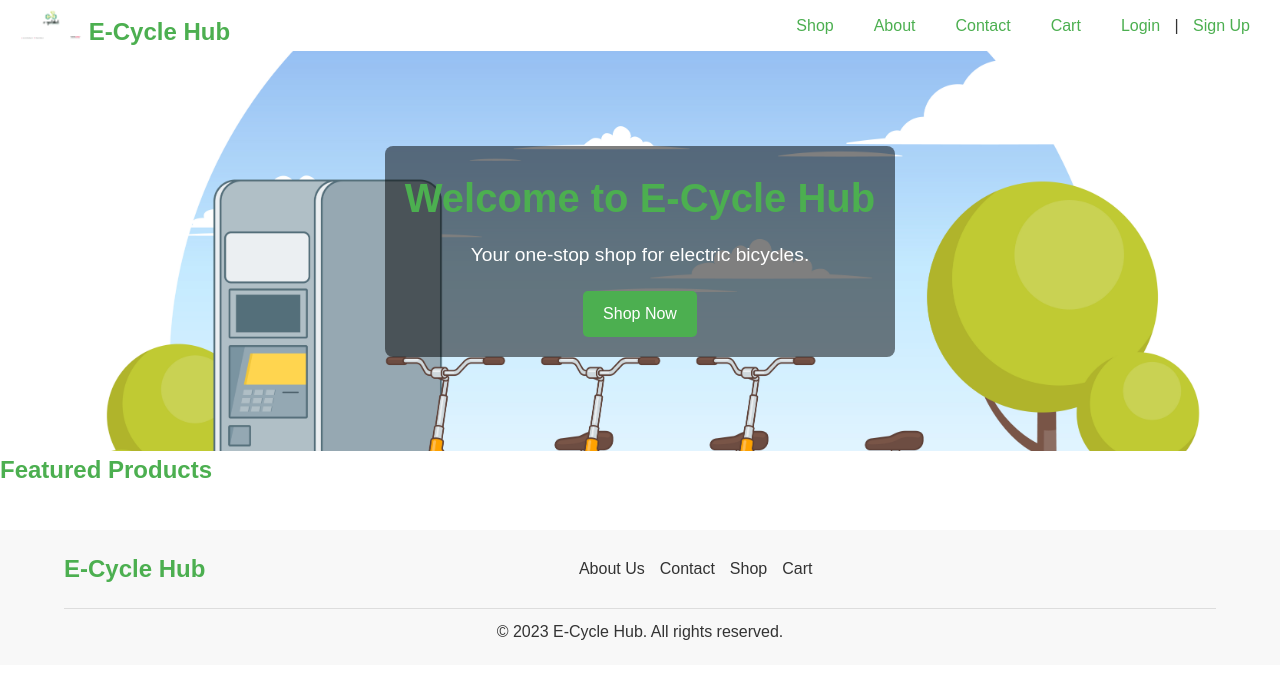
Repository: Rutuja-g/E-Cycle-Hub
Page: public/index.html
The author's editor kept a copy of each file at every save. The page is drawn from the files as they stood at one save, then again after the next save.
The browser window is 1280 px wide. The pictures show the whole page.

Above is the page before, as saved 2025-10-23 18:01:50.
Console error: SyntaxError: Invalid or unexpected token

### public/index.html
<!DOCTYPE html>
<html lang="en">
  <head>
    <meta charset="UTF-8" />
    <meta name="viewport" content="width=device-width, initial-scale=1.0" />
    <title>E-Cycle Hub</title>
    <link rel="icon" href="favicon.ico" type="image/x-icon" />
    <link rel="stylesheet" href="css/reset.css" />
    <link rel="stylesheet" href="css/variables.css" />
    <link rel="stylesheet" href="css/main.css" />
  </head>
  <body>
    <header>
      <nav>
        <div class="logo">
          <a href="index.html">
            <img
              src="assets/images/logo.jpg"
              alt="E-Cycle Hub Logo"
              style="height: 40px"
              onerror="this.style.display='none';"
            />
            E-Cycle Hub
          </a>
        </div>
        <ul class="nav-links">
          <li><a href="shop.html">Shop</a></li>
          <li><a href="about.html">About</a></li>
          <li><a href="contact.html">Contact</a></li>
          <li><a href="cart.html">Cart</a></li>
          <li id="user-info" style="display: none">
            <span id="user-name"></span> | <a href="#" id="logout">Logout</a>
          </li>
          <li id="auth-links">
            <a href="login.html">Login</a> | <a href="signup.html">Sign Up</a>
          </li>
        </ul>
      </nav>
    </header>

    <main>
      <section class="hero">
        <img
          src="assets/images/banner.jpg"
          alt="E-Cycle Hub Banner"
          class="hero-banner"
        />
        <div class="hero-content">
          <h1>Welcome to E-Cycle Hub</h1>
          <p>Your one-stop shop for electric bicycles.</p>
          <a href="shop.html" class="btn">Shop Now</a>
        </div>
      </section>

      <section class="featured-products">
        <h2>Featured Products</h2>
        <div class="grid--featured"></div>
      </section>
    </main>

    <footer>
      <div class="footer">
        <div class="container">
          <div class="footer-content">
            <div class="footer-logo">
              <h2>E-Cycle Hub</h2>
            </div>
            <div class="footer-links">
              <ul>
                <li><a href="about.html">About Us</a></li>
                <li><a href="contact.html">Contact</a></li>
                <li><a href="shop.html">Shop</a></li>
                <li><a href="cart.html">Cart</a></li>
              </ul>
            </div>
            <div class="footer-social">
              <a href="#" aria-label="Facebook"
                ><i class="fab fa-facebook-f"></i
              ></a>
              <a href="#" aria-label="Twitter"
                ><i class="fab fa-twitter"></i
              ></a>
              <a href="#" aria-label="Instagram"
                ><i class="fab fa-instagram"></i
              ></a>
            </div>
          </div>
          <div class="footer-bottom">
            <p>&copy; 2023 E-Cycle Hub. All rights reserved.</p>
          </div>
        </div>
      </div>
    </footer>

    <script src="js/main.js"></script>
    <script src="js/auth.js"></script>
  </body>
</html>

### public/css/reset.css
html
/* CSS Reset */
* {
    margin: 0;
    padding: 0;
    box-sizing: border-box;
}

html, body {
    height: 100%;
    font-family: Arial, sans-serif;
}

img {
    max-width: 100%;
    height: auto;
}

a {
    text-decoration: none;
    color: inherit;
}

ul {
    list-style: none;
}

button {
    cursor: pointer;
}

### public/css/variables.css
:root {
    --primary-color: #4CAF50; /* Green */
    --secondary-color: #FF5722; /* Deep Orange */
    --background-color: #F5F5F5; /* Light Grey */
    --text-color: #333; /* Dark Text */
    --font-family: 'Arial', sans-serif; /* Default Font */
    --font-size-base: 16px; /* Base Font Size */
    --font-size-large: 1.25rem; /* Large Font Size */
    --font-size-small: 0.875rem; /* Small Font Size */
    --border-radius: 5px; /* Border Radius for Buttons */
    --box-shadow: 0 2px 5px rgba(0, 0, 0, 0.1); /* Box Shadow */
}

### public/css/main.css
/* Main styles for E-Cycle Hub */

/* Reset some default styles */
body {
  margin: 0;
  font-family: var(--font-family, Arial, sans-serif);
  line-height: 1.6;
  color: var(--text-color, #333);
}

h1,
h2,
h3,
h4,
h5,
h6 {
  margin: 0;
  color: var(--primary-color, #4caf50);
}

a {
  text-decoration: none;
  color: var(--link-color, #4caf50);
  transition: color 0.3s ease;
}

a:hover {
  color: var(--link-hover-color, #388e3c);
}

/* Layout styles */
.container {
  width: 90%;
  max-width: 1200px;
  margin: auto;
}

/* Navbar styles */
nav {
  display: flex;
  justify-content: space-between;
  align-items: center;
  padding: 0 20px;
}

.logo a {
  font-size: 1.5em;
  font-weight: bold;
}

.nav-links {
  list-style: none;
  display: flex;
  gap: 20px;
}

.nav-links li a {
  padding: 10px;
  transition: background 0.3s;
}

.nav-links li a:hover {
  background: rgba(76, 175, 80, 0.1);
  border-radius: 5px;
}

.header,
.footer {
  background: var(--header-footer-bg, #f8f8f8);
  padding: 20px 0;
}

.header {
  position: sticky;
  top: 0;
  z-index: 1000;
}

.main-content {
  padding: 20px 0;
}

/* Hero section styles */
.hero {
  position: relative;
  display: flex;
  align-items: center;
  justify-content: center;
  min-height: 400px;
  overflow: hidden;
}

.hero-banner {
  position: absolute;
  top: 0;
  left: 0;
  width: 100%;
  height: 100%;
  object-fit: cover;
  z-index: -1;
}

.hero-content {
  text-align: center;
  color: white;
  background: rgba(0, 0, 0, 0.5);
  padding: 20px;
  border-radius: 8px;
}

.hero h1 {
  font-size: 2.5em;
  margin-bottom: 10px;
}

.hero p {
  font-size: 1.2em;
  margin-bottom: 20px;
}

.btn {
  display: inline-block;
  padding: 10px 20px;
  background: var(--primary-color, #4caf50);
  color: white;
  border-radius: 5px;
  transition: background 0.3s ease, transform 0.2s ease;
}

.btn:hover {
  background: var(--hover-color, #388e3c);
  transform: translateY(-2px);
}

/* Responsive styles */
@media (max-width: 768px) {
  .container {
    width: 95%;
  }

  .header,
  .footer {
    padding: 15px 0;
  }

  .hero {
    min-height: 300px;
  }

  .hero h1 {
    font-size: 2em;
  }

  .hero p {
    font-size: 1em;
  }
}

@media (max-width: 480px) {
  .hero {
    flex-direction: column;
    text-align: center;
  }

  .hero-content {
    padding: 15px;
  }

  .hero h1 {
    font-size: 1.8em;
  }

  .hero p {
    font-size: 0.9em;
  }

  /* Navbar responsive */
  .nav-links {
    display: none;
  }

  /* Footer responsive */
  .footer-content {
    flex-direction: column;
    text-align: center;
  }

  .footer-links ul {
    flex-direction: column;
    gap: 10px;
  }

  /* Grid responsive */
  .grid--featured {
    grid-template-columns: repeat(auto-fit, minmax(200px, 1fr));
  }
}

/* Product card styles (updated for .card class used by main.js) */
.card {
  border: 1px solid #ddd;
  border-radius: 8px;
  padding: 15px;
  margin: 10px;
  text-align: center;
  background: white;
  box-shadow: 0 2px 5px rgba(0, 0, 0, 0.1);
  transition: transform 0.3s ease, box-shadow 0.3s ease;
}

.card:hover {
  transform: translateY(-5px);
  box-shadow: 0 4px 10px rgba(0, 0, 0, 0.2);
}

.card img {
  max-width: 100%;
  height: auto;
  border-radius: 5px;
}

.card .card-title {
  margin: 10px 0;
  font-size: 1.2em;
}

.card .price {
  color: var(--price-color, #e91e63);
  font-weight: bold;
  font-size: 1.1em;
}

.card .btn {
  margin-top: 10px;
}

/* Featured products grid */
.grid--featured {
  display: grid;
  grid-template-columns: repeat(auto-fit, minmax(250px, 1fr));
  gap: 20px;
  padding: 20px 0;
}

/* Cart styles */
.cart-item {
  display: flex;
  justify-content: space-between;
  padding: 10px 0;
  border-bottom: 1px solid #ddd;
}

.cart-item img {
  width: 50px;
  height: auto;
}

.cart-total {
  font-weight: bold;
  font-size: 1.2em;
}

/* Checkout styles */
.checkout-form {
  display: flex;
  flex-direction: column;
}

.checkout-form input,
.checkout-form button {
  margin: 10px 0;
  padding: 10px;
  border: 1px solid #ddd;
  border-radius: 5px;
}

.checkout-form button {
  background: var(--primary-color, #4caf50);
  color: white;
  cursor: pointer;
}

.checkout-form button:hover {
  background: var(--hover-color, #388e3c);
}

/* Product details styles */
.product-details {
  max-width: 1200px;
  margin: 0 auto;
  padding: 20px;
  display: flex;
  flex-direction: column;
  gap: 20px;
}

.back-link {
  color: var(--primary-color, #4caf50);
  font-weight: bold;
  margin-bottom: 20px;
  display: inline-block;
}

.back-link:hover {
  color: var(--link-hover-color, #388e3c);
}

.product-image {
  flex: 1;
  max-width: 600px;
  margin: 0 auto;
}

.product-image img {
  width: 100%;
  height: auto;
  border-radius: 8px;
  box-shadow: 0 4px 10px rgba(0, 0, 0, 0.1);
}

.product-info {
  flex: 1;
  padding: 20px;
  background: white;
  border-radius: 8px;
  box-shadow: 0 2px 5px rgba(0, 0, 0, 0.1);
}

.product-info h1 {
  font-size: 2em;
  margin-bottom: 10px;
}

.product-price {
  font-size: 1.5em;
  color: var(--price-color, #e91e63);
  font-weight: bold;
  margin-bottom: 20px;
}

.product-info p {
  line-height: 1.6;
  margin-bottom: 20px;
}

.product-info .btn {
  margin-top: 20px;
}

/* Responsive for product details */
@media (max-width: 768px) {
  .product-details {
    flex-direction: column;
  }

  .product-image,
  .product-info {
    flex: none;
    width: 100%;
  }

  .product-info {
    padding: 15px;
  }

  .product-info h1 {
    font-size: 1.8em;
  }

  .product-price {
    font-size: 1.3em;
  }
}

/* Footer styles */
.footer {
  background: var(--header-footer-bg, #f8f8f8);
}

.footer-content {
  display: flex;
  justify-content: space-between;
  align-items: center;
  flex-wrap: wrap;
  gap: 20px;
}

.footer-logo h2 {
  margin: 0;
}

.footer-links ul {
  list-style: none;
  display: flex;
  gap: 15px;
}

.footer-links li a {
  color: var(--text-color, #333);
}

.footer-social a {
  margin: 0 5px;
  font-size: 1.5em;
  color: var(--primary-color, #4caf50);
}

.footer-bottom {
  text-align: center;
  margin-top: 20px;
  border-top: 1px solid #ddd;
  padding-top: 10px;
}

/* Add error styles */
.error {
  color: red;
  font-size: 0.9em;
  margin-top: 5px;
  display: none;
}

/* Success popup styles */
.success-popup {
  position: fixed;
  top: 0;
  left: 0;
  width: 100%;
  height: 100%;
  background-color: rgba(0, 0, 0, 0.5);
  display: flex;
  justify-content: center;
  align-items: center;
  z-index: 1000;
}

.popup-content {
  background-color: white;
  padding: 20px;
  border-radius: 8px;
  text-align: center;
  box-shadow: 0 4px 6px rgba(0, 0, 0, 0.1);
}

.popup-content h3 {
  margin-bottom: 10px;
  color: var(--primary-color);
}

.popup-content button {
  background-color: var(--primary-color);
  color: white;
  border: none;
  padding: 10px 20px;
  border-radius: 4px;
  cursor: pointer;
  margin-top: 15px;
}

.popup-content button:hover {
  background-color: var(--primary-hover);
}

### public/js/auth.js
// auth.js - Handles user authentication, login, signup, and session management

(function () {
  const USERS_KEY = "ecycle_users";
  const CURRENT_USER_KEY = "ecycle_current_user";
  const LOGGED_IN_KEY = "isLoggedIn";

  // Get users from localStorage
  function getUsers() {
    const users = localStorage.getItem(USERS_KEY);
    return users ? JSON.parse(users) : [];
  }

  // Save users to localStorage
  function saveUsers(users) {
    localStorage.setItem(USERS_KEY, JSON.stringify(users));
  }

  // Get current user
  function getCurrentUser() {
    const user = localStorage.getItem(CURRENT_USER_KEY);
    return user ? JSON.parse(user) : null;
  }

  // Set current user
  function setCurrentUser(user) {
    localStorage.setItem(CURRENT_USER_KEY, JSON.stringify(user));
  }

  // Clear current user (logout)
  function clearCurrentUser() {
    localStorage.removeItem(CURRENT_USER_KEY);
  }

  // Check if user is logged in
  function isLoggedIn() {
    return localStorage.getItem(LOGGED_IN_KEY) === "true";
  }

  // Set logged in flag
  function setLoggedIn() {
    localStorage.setItem(LOGGED_IN_KEY, "true");
  }

  // Clear logged in flag
  function clearLoggedIn() {
    localStorage.removeItem(LOGGED_IN_KEY);
  }

  // Validate email format
  function validateEmail(email) {
    const emailRegex = /^[^\s@]+@[^\s@]+\.[^\s@]+$/;
    return emailRegex.test(email);
  }

  // Validate password (at least 6 characters)
  function validatePassword(password) {
    return password.length >= 6;
  }

  // Update navbar with user info
  function updateNavbar() {
    const user = getCurrentUser();
    const userInfo = document.getElementById("user-info");
    const userName = document.getElementById("user-name");
    const logout = document.getElementById("logout");

    if (user && userInfo && userName) {
      userInfo.style.display = "block";
      userName.textContent = user.name;
      if (logout) {
        logout.addEventListener("click", function (e) {
          e.preventDefault();
          clearCurrentUser();
          clearLoggedIn();
          window.location.href = "login.html";
        });
      }
    } else if (userInfo) {
      userInfo.style.display = "none";
    }
  }

  // Restrict cart/checkout for non-logged-in users
  function restrictActions() {
    const user = getCurrentUser();
    const addToCartButtons = document.querySelectorAll(".btn-add-to-cart");
    const checkoutButtons = document.querySelectorAll(".btn-checkout");

    if (!user) {
      addToCartButtons.forEach((btn) => {
        btn.disabled = true;
        btn.textContent = "Login to Add to Cart";
        btn.addEventListener("click", function (e) {
          e.preventDefault();
          alert("Please login to add items to cart.");
          window.location.href = "login.html";
        });
      });

      checkoutButtons.forEach((btn) => {
        btn.disabled = true;
        btn.textContent = "Login to Checkout";
        btn.addEventListener("click", function (e) {
          e.preventDefault();
          alert("Please login to checkout.");
          window.location.href = "login.html";
        });
      });
    }
  }

  // Check session and redirect if not logged in on protected pages
  function checkSession() {
    const protectedPages = ["cart.html", "admin.html"];
    const currentPage = window.location.pathname.split("/").pop();
    if (protectedPages.includes(currentPage) && !isLoggedIn()) {
      window.location.href = "login.html";
    }

    // Additional check for admin page
    if (currentPage === "admin.html") {
      const user = getCurrentUser();
      if (!user || user.email !== "admin@ecyclehub.com") {
        alert("Access denied. Only admin can access this page.");
        window.location.href = "login.html";
      }
    }
  }

  // Handle login form
  function handleLogin() {
    const form = document.getElementById("loginForm");
    if (!form) return;

    form.addEventListener("submit", function (e) {
      e.preventDefault();

      const email = document.getElementById("email").value.trim();
      const password = document.getElementById("password").value;
      const emailError = document.getElementById("emailError");
      const passwordError = document.getElementById("passwordError");

      // Clear previous errors
      emailError.textContent = "";
      passwordError.textContent = "";

      let isValid = true;

      if (!validateEmail(email)) {
        emailError.textContent = "Please enter a valid email address.";
        isValid = false;
      }

      if (!validatePassword(password)) {
        passwordError.textContent = "Password must be at least 6 characters.";
        isValid = false;
      }

      if (!isValid) return;

      const users = getUsers();
      const user = users.find(
        (u) => u.email === email && u.password === password
      );

      if (user) {
        setCurrentUser(user);
        setLoggedIn();
        alert("Login successful!");
        // Check for redirect after login
        const redirectTo = localStorage.getItem("redirectAfterLogin");
        if (redirectTo) {
          localStorage.removeItem("redirectAfterLogin");
          window.location.href = redirectTo;
        } else {
          window.location.href = "index.html";
        }
      } else {
        emailError.textContent = "Invalid email or password.";
      }
    });
  }

  // Handle signup form
  function handleSignup() {
    const form = document.getElementById("signupForm");
    if (!form) return;

    form.addEventListener("submit", function (e) {
      e.preventDefault();

      const name = document.getElementById("name").value.trim();
      const email = document.getElementById("email").value.trim();
      const password = document.getElementById("password").value;
      const confirmPassword = document.getElementById("confirmPassword").value;

      const nameError = document.getElementById("nameError");
      const emailError = document.getElementById("emailError");
      const passwordError = document.getElementById("passwordError");
      const confirmPasswordError = document.getElementById(
        "confirmPasswordError"
      );

      // Clear previous errors
      nameError.textContent = "";
      emailError.textContent = "";
      passwordError.textContent = "";
      confirmPasswordError.textContent = "";

      let isValid = true;

      if (!name) {
        nameError.textContent = "Name is required.";
        isValid = false;
      }

      if (!validateEmail(email)) {
        emailError.textContent = "Please enter a valid email address.";
        isValid = false;
      }

      if (!validatePassword(password)) {
        passwordError.textContent = "Password must be at least 6 characters.";
        isValid = false;
      }

      if (password !== confirmPassword) {
        confirmPasswordError.textContent = "Passwords do not match.";
        isValid = false;
      }

      if (!isValid) return;

      const users = getUsers();
      const existingUser = users.find((u) => u.email === email);

      if (existingUser) {
        emailError.textContent = "Email already registered.";
        return;
      }

      const newUser = { name, email, password };
      users.push(newUser);
      saveUsers(users);
      setCurrentUser(newUser);
      setLoggedIn();

      alert("Signup successful!");
      window.location.href = "index.html";
    });
  }

  // Initialize auth functionality
  document.addEventListener("DOMContentLoaded", function () {
    // Initialize admin user if not exists
    const users = getUsers();
    const adminExists = users.find((u) => u.email === "admin@ecyclehub.com");
    if (!adminExists) {
      users.push({
        name: "Admin",
        email: "admin@ecyclehub.com",
        password: "admin123",
      });
      saveUsers(users);
    }

    checkSession();
    updateNavbar();
    restrictActions();
    handleLogin();
    handleSignup();
  });
})();

### public/js/components.js
// components.js - Dynamic loading of header and footer components

(function () {
  // Load component into element
  async function loadComponent(componentPath, targetElement) {
    try {
      const response = await fetch(componentPath);
      if (!response.ok) {
        throw new Error(`Failed to load ${componentPath}: ${response.status}`);
      }
      const html = await response.text();
      targetElement.innerHTML = html;
    } catch (error) {
      console.error(`Error loading component ${componentPath}:`, error);
      targetElement.innerHTML = "<p>Error loading component</p>";
    }
  }

  // Load header and footer on page load
  document.addEventListener("DOMContentLoaded", function () {
    const headerElement = document.getElementById("header");
    const footerElement = document.getElementById("footer");

    if (headerElement) {
      loadComponent("components/header.html", headerElement);
    }

    if (footerElement) {
      loadComponent("components/footer.html", footerElement);
    }
  });
})();

### public/components/header.html
<nav>
  <div class="logo">
    <a href="index.html">E-Cycle Hub</a>
  </div>
  <ul class="nav-links">
    <li><a href="shop.html">Shop</a></li>
    <li><a href="about.html">About</a></li>
    <li><a href="contact.html">Contact</a></li>
    <li><a href="cart.html">Cart</a></li>
  </ul>
</nav>

### public/components/footer.html
<div class="footer">
  <div class="container">
    <div class="footer-content">
      <div class="footer-logo">
        <h2>E-Cycle Hub</h2>
      </div>
      <div class="footer-links">
        <ul>
          <li><a href="about.html">About Us</a></li>
          <li><a href="contact.html">Contact</a></li>
          <li><a href="shop.html">Shop</a></li>
          <li><a href="cart.html">Cart</a></li>
        </ul>
      </div>
      <div class="footer-social">
        <a href="#" aria-label="Facebook"><i class="fab fa-facebook-f"></i></a>
        <a href="#" aria-label="Twitter"><i class="fab fa-twitter"></i></a>
        <a href="#" aria-label="Instagram"><i class="fab fa-instagram"></i></a>
      </div>
    </div>
    <div class="footer-bottom">
      <p>&copy; 2023 E-Cycle Hub. All rights reserved.</p>
    </div>
  </div>
</div>

Loaded but not shown: public/js/main.js (314 lines, source omitted)

After the next save:
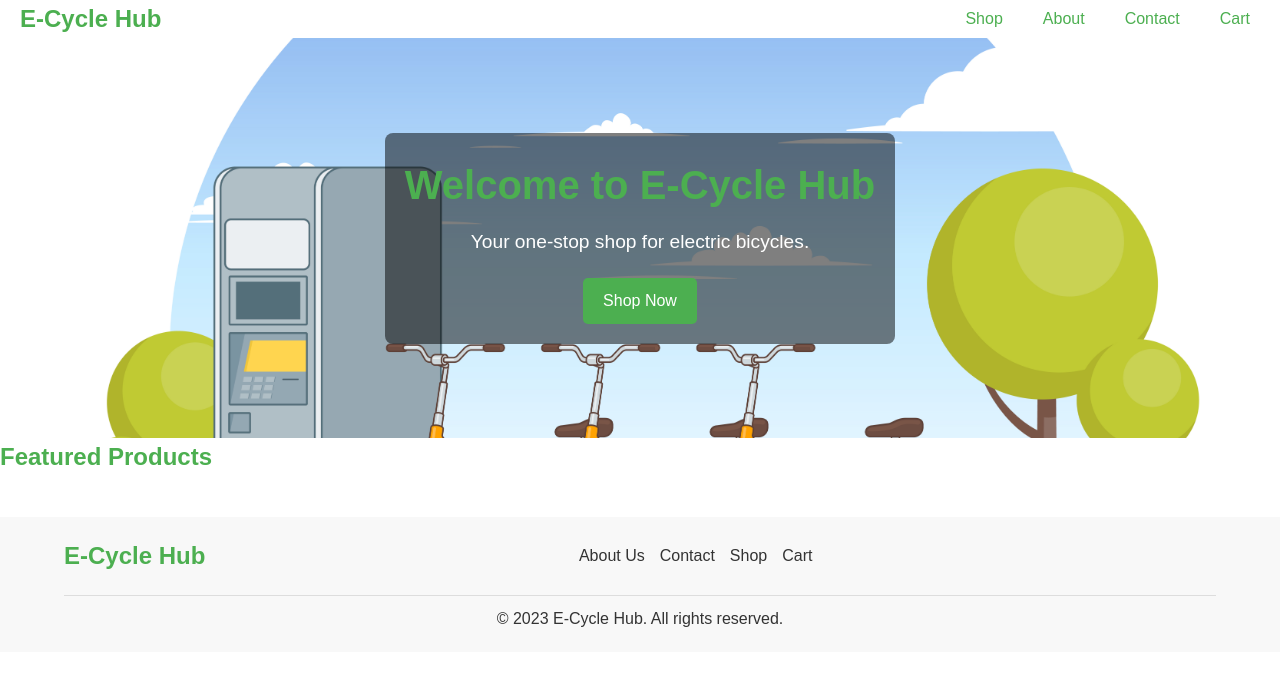
Saved 35 s later.
--- a/public/index.html
+++ b/public/index.html
@@ -11,31 +11,7 @@
   </head>
   <body>
     <header>
-      <nav>
-        <div class="logo">
-          <a href="index.html">
-            <img
-              src="assets/images/logo.jpg"
-              alt="E-Cycle Hub Logo"
-              style="height: 40px"
-              onerror="this.style.display='none';"
-            />
-            E-Cycle Hub
-          </a>
-        </div>
-        <ul class="nav-links">
-          <li><a href="shop.html">Shop</a></li>
-          <li><a href="about.html">About</a></li>
-          <li><a href="contact.html">Contact</a></li>
-          <li><a href="cart.html">Cart</a></li>
-          <li id="user-info" style="display: none">
-            <span id="user-name"></span> | <a href="#" id="logout">Logout</a>
-          </li>
-          <li id="auth-links">
-            <a href="login.html">Login</a> | <a href="signup.html">Sign Up</a>
-          </li>
-        </ul>
-      </nav>
+      <div id="header"></div>
     </header>
 
     <main>
@@ -59,39 +35,10 @@
     </main>
 
     <footer>
-      <div class="footer">
-        <div class="container">
-          <div class="footer-content">
-            <div class="footer-logo">
-              <h2>E-Cycle Hub</h2>
-            </div>
-            <div class="footer-links">
-              <ul>
-                <li><a href="about.html">About Us</a></li>
-                <li><a href="contact.html">Contact</a></li>
-                <li><a href="shop.html">Shop</a></li>
-                <li><a href="cart.html">Cart</a></li>
-              </ul>
-            </div>
-            <div class="footer-social">
-              <a href="#" aria-label="Facebook"
-                ><i class="fab fa-facebook-f"></i
-              ></a>
-              <a href="#" aria-label="Twitter"
-                ><i class="fab fa-twitter"></i
-              ></a>
-              <a href="#" aria-label="Instagram"
-                ><i class="fab fa-instagram"></i
-              ></a>
-            </div>
-          </div>
-          <div class="footer-bottom">
-            <p>&copy; 2023 E-Cycle Hub. All rights reserved.</p>
-          </div>
-        </div>
-      </div>
+      <div id="footer"></div>
     </footer>
 
+    <script src="js/components.js"></script>
     <script src="js/main.js"></script>
     <script src="js/auth.js"></script>
   </body>
